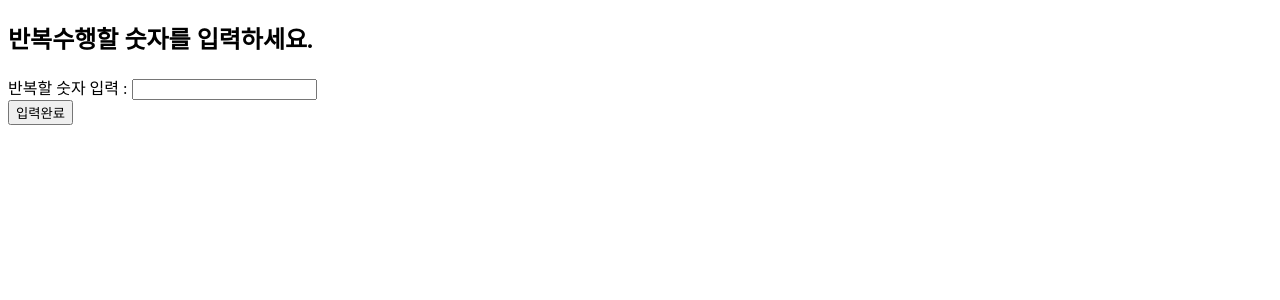
Repository: gugucon-hwan/ForStudyJSP
Page: http://localhost/StudyBasicJSP/ch06/ex06-04Form.jsp
These files come from the project's save history. The page is drawn as it stood at one moment and after the next save; the edit follows.
The browser window is 1280 px wide. The pictures show the whole page.
The page is served by Tomcat 9.

Above is the page before, as saved 2020-08-15 16:15:54.

After the next save:
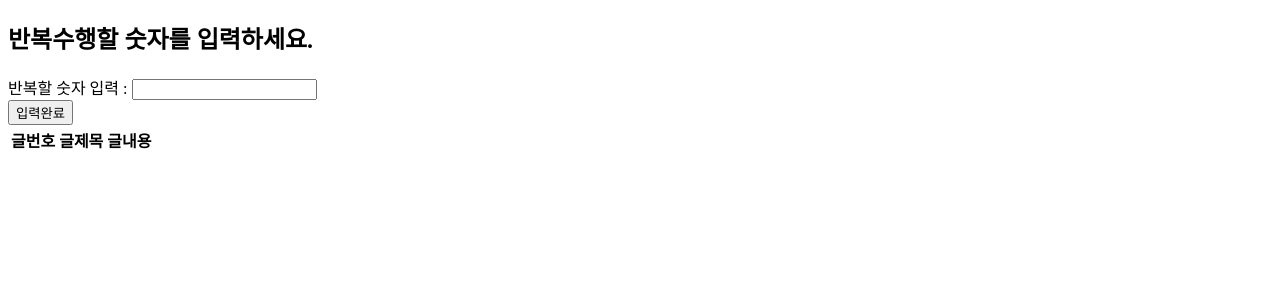
Saved 53 s later.
--- a/StudyBasicJSP/WebContent/ch06/ex06-04Form.jsp
+++ b/StudyBasicJSP/WebContent/ch06/ex06-04Form.jsp
@@ -13,6 +13,9 @@
 	<input type="submit" value="입력완료">
 	</form>
 	<table>
+		<th>글번호</th>
+		<th>글제목</th>
+		<th>글내용</th>
 		<td></td>
 		<td></td>
 		<td></td>
